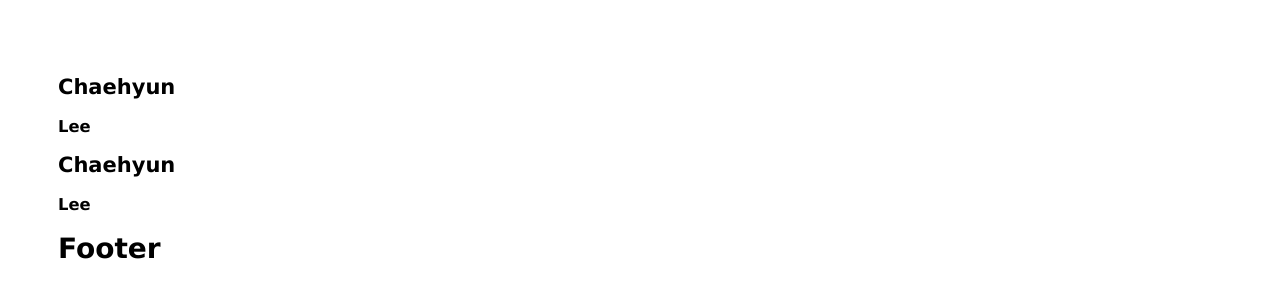
Repository: AndyLeeJP/COMP229Assignment2
Page: http://localhost/
An editor plug-in stored every save of this project. The page is shown before and after the next save, followed by the edit.
The browser window is 1280 px wide. The pictures show the whole page.
The page is served by the project's Node server (server.js).

Above is the page before, as saved 2021-06-02 21:46:11.

### views/index.ejs
<!DOCTYPE html>
<html>
  <head>
    <title><%= title %></title>
    <link rel='stylesheet' href='/stylesheets/style.css' />
  </head>
  <body>
    <header>
      <%- include("components/header.ejs"); %>
    </header>

    <main>
      <%- include("content/" + page + ".ejs"); %>
    </main>

    <footer>
      <%- include("components/footer.ejs"); %>
    </footer>
  </body>
</html>

### views/components/header.ejs
<h2>Chaehyun</h2>
<h3>Lee</h3>

### views/content/home.ejs

<h2>Chaehyun</h2>
<h3>Lee</h3>

### server.js
/**
 * Module dependencies.
 */

var app = require('./app');
var debug = require('debug')('comp229assignment1:server');
var http = require('http');

/**
 * Get port from environment and store in Express.
 */

var port = normalizePort(process.env.PORT || '3000');
app.set('port', port);

/**
 * Create HTTP server.
 */

var server = http.createServer(app);

/**
 * Listen on provided port, on all network interfaces.
 */

server.listen(port);
server.on('error', onError);
server.on('listening', onListening);

/**
 * Normalize a port into a number, string, or false.
 */

function normalizePort(val) {
  var port = parseInt(val, 10);

  if (isNaN(port)) {
    // named pipe
    return val;
  }

  if (port >= 0) {
    // port number
    return port;
  }

  return false;
}

/**
 * Event listener for HTTP server "error" event.
 */

function onError(error) {
  if (error.syscall !== 'listen') {
    throw error;
  }

  var bind = typeof port === 'string'
    ? 'Pipe ' + port
    : 'Port ' + port;

  // handle specific listen errors with friendly messages
  switch (error.code) {
    case 'EACCES':
      console.error(bind + ' requires elevated privileges');
      process.exit(1);
      break;
    case 'EADDRINUSE':
      console.error(bind + ' is already in use');
      process.exit(1);
      break;
    default:
      throw error;
  }
}

/**
 * Event listener for HTTP server "listening" event.
 */

function onListening() {
  var addr = server.address();
  var bind = typeof addr === 'string'
    ? 'pipe ' + addr
    : 'port ' + addr.port;
  debug('Listening on ' + bind);
}

### routes/index.js
var express = require('express');
var router = express.Router();

/* GET home page. */
router.get('/', function(req, res, next) {
  res.render('index', { title: 'Express', page: 'home' });
});

router.get('/about', function(req, res, next) {
  res.render('index', { title: 'About Me', page: 'about' });
});

module.exports = router;

### app.js
var createError = require('http-errors');
var express = require('express');
var path = require('path');
var cookieParser = require('cookie-parser');
var logger = require('morgan');

var indexRouter = require('./routes/index');

var app = express();

// view engine setup
app.set('views', path.join(__dirname, 'views'));
app.set('view engine', 'ejs');

app.use(logger('dev'));
app.use(express.json());
app.use(express.urlencoded({ extended: false }));
app.use(cookieParser());
app.use(express.static(path.join(__dirname, 'public')));

app.use('/', indexRouter);

// catch 404 and forward to error handler
app.use(function(req, res, next) {
  next(createError(404));
});

// error handler
app.use(function(err, req, res, next) {
  // set locals, only providing error in development
  res.locals.message = err.message;
  res.locals.error = req.app.get('env') === 'development' ? err : {};

  // render the error page
  res.status(err.status || 500);
  res.render('error');
});

module.exports = app;

Loaded but not shown: views/components/footer.ejs (common file); public/stylesheets/style.css (common file)

After the next save:
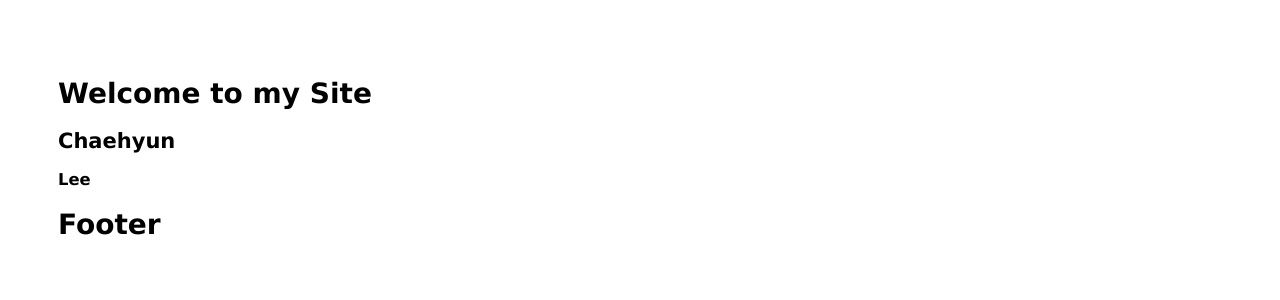
Saved 1 s later.
--- a/views/components/header.ejs
+++ b/views/components/header.ejs
@@ -1,2 +1 @@
-<h2>Chaehyun</h2>
-<h3>Lee</h3>
+<h1>Welcome to my Site</h1>
